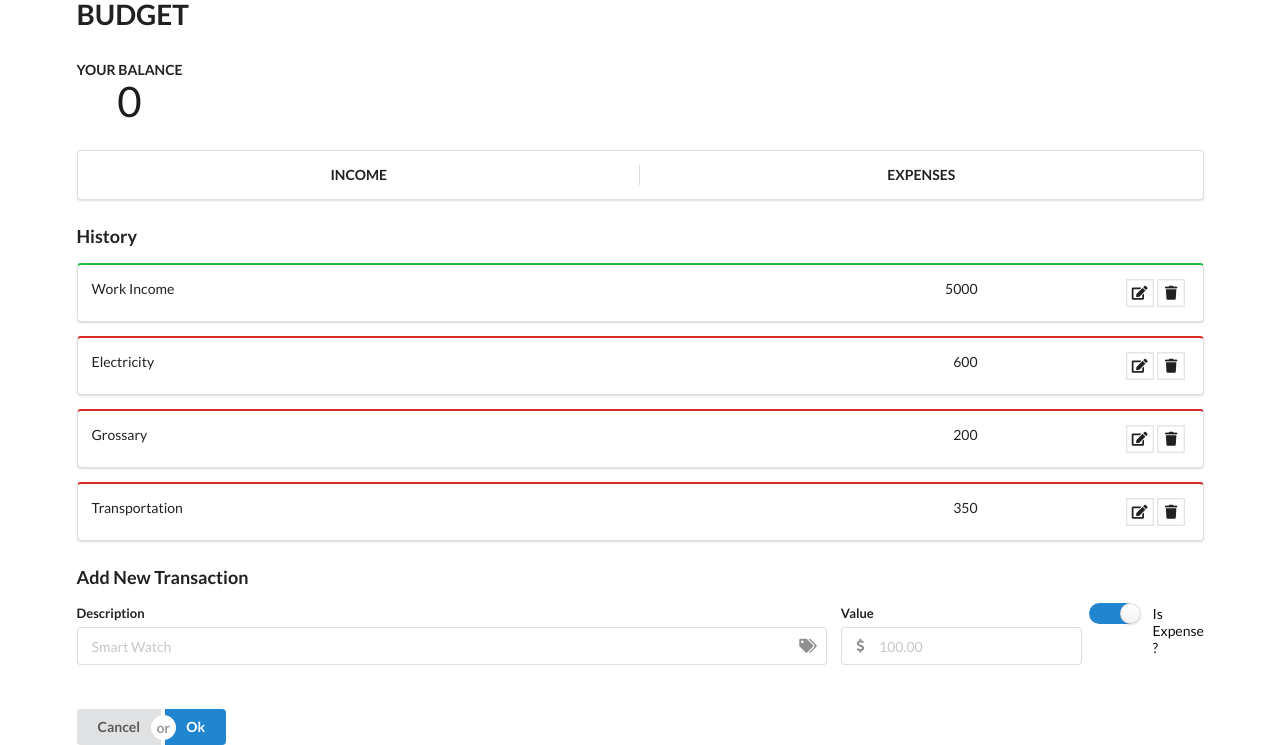
Repository: farrdy/budgets-react
Page: /
The author's editor kept a copy of each file at every save. The page is drawn from the files as they stood at one save, then again after the next save.
The browser window is 1280 px wide. The pictures show the whole page.
The project was rebuilt for these pictures with package versions that can differ from the ones it lists, and the page was loaded fresh each time.

Above is the page before, as saved 2022-03-29 16:39:08.

After the next save:
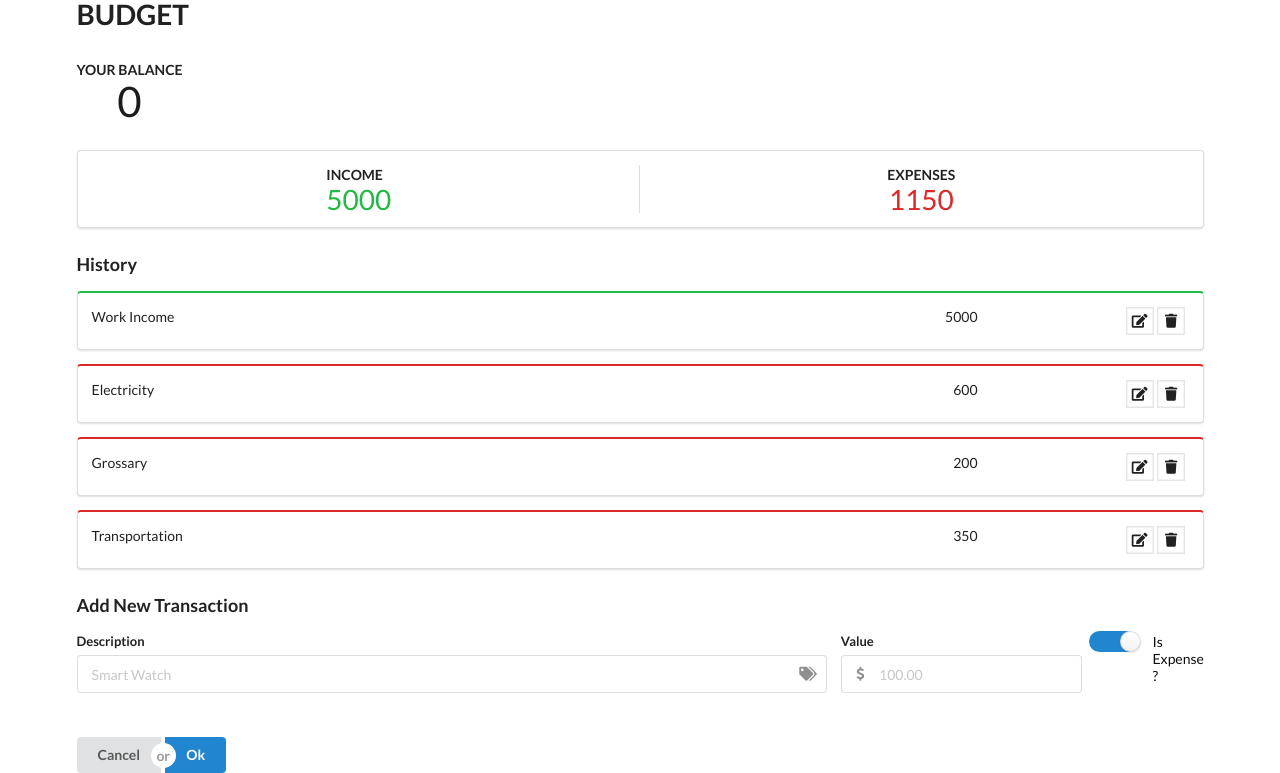
Saved 32 s later.
--- a/src/App.js
+++ b/src/App.js
@@ -95,7 +95,7 @@ function App() {
         Color="black"
         size="small"
       />
-      <DisplayBalances />
+      <DisplayBalances totalIncome={totalIncome} totalExpense={totalExpense} />
       <Header as="h3">History</Header>
       <EntryLines
         entries={entries}
